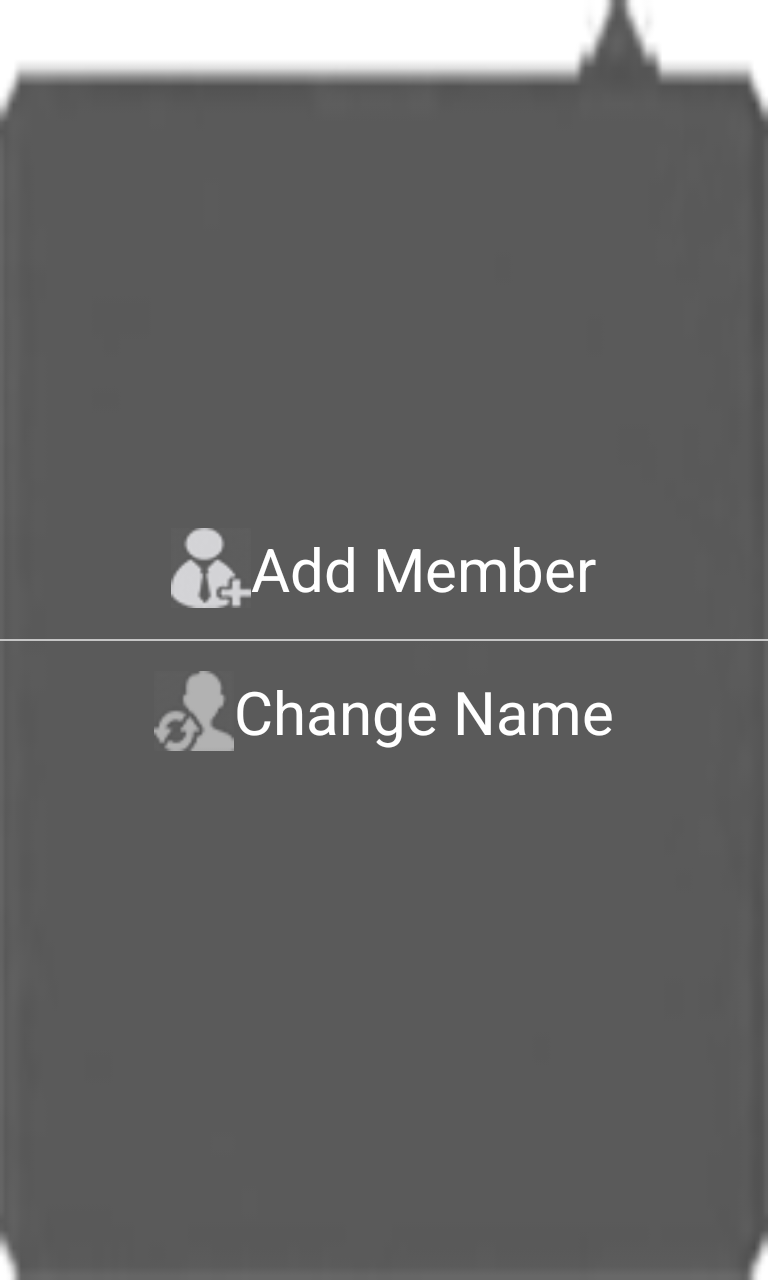
Repository: GitDidNotExitCleanly/FaceLabel
Layout: FaceLabel/res/layout/activity_group_setting_dropdown.xml
The author's editor kept a copy of each file at every save. The layout is drawn from the files as they stood at one save, then again after the next save.
It is drawn on a 768 x 1280 px phone screen (xhdpi) without system bars, with theme AppTheme; the app's code is not run.

Above is the layout before, as saved 2015-05-12 15:16:33.

After the next save:
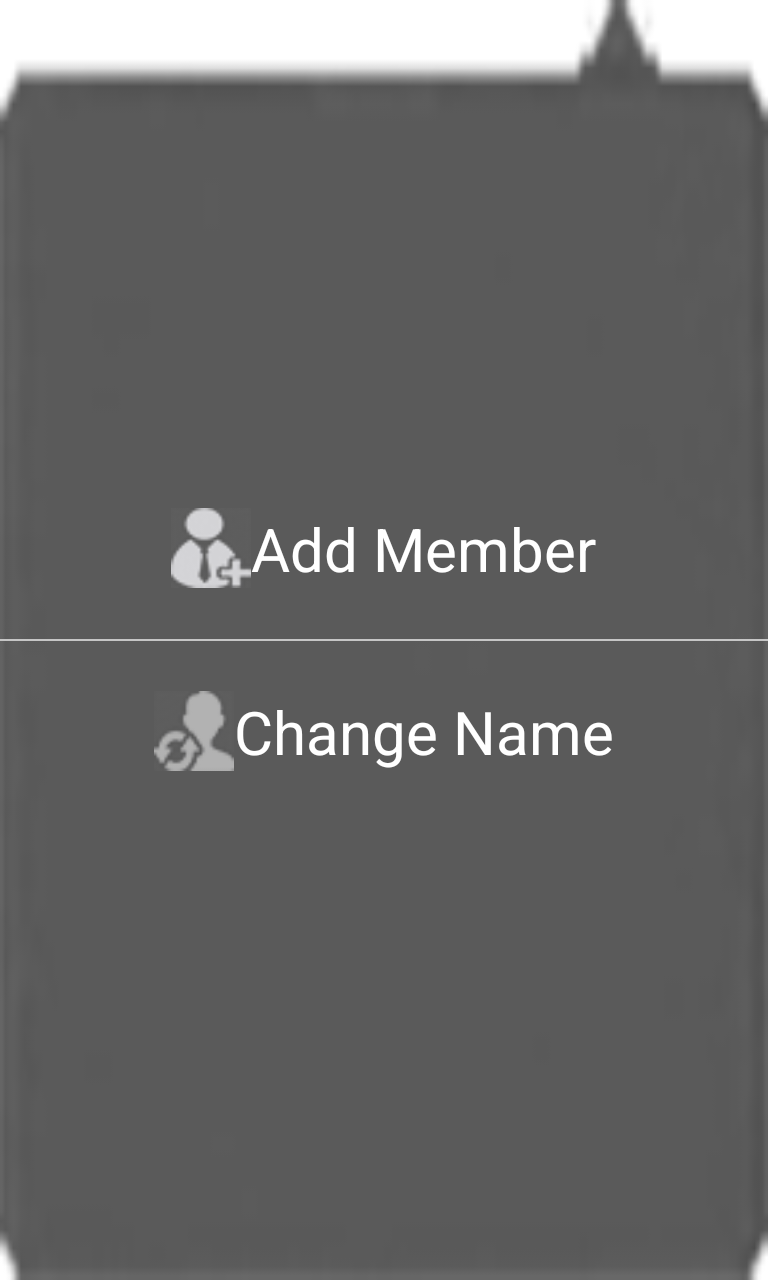
Saved 69 s later.
--- a/FaceLabel/res/layout/activity_group_setting_dropdown.xml
+++ b/FaceLabel/res/layout/activity_group_setting_dropdown.xml
@@ -11,10 +11,10 @@
         android:id="@+id/activity_group_setting_addMissingMember"
         android:layout_width="match_parent"
         android:layout_height="wrap_content"
-        android:layout_marginBottom="5dp"
+        android:layout_marginBottom="15dp"
         android:layout_marginLeft="2dp"
         android:layout_marginRight="2dp"
-        android:layout_marginTop="5dp"
+        android:layout_marginTop="15dp"
         android:gravity="center" >
 
         <ImageView
@@ -41,10 +41,10 @@
         android:id="@+id/activity_group_setting_changeName"
         android:layout_width="match_parent"
         android:layout_height="wrap_content"
-        android:layout_marginBottom="5dp"
+        android:layout_marginBottom="15dp"
         android:layout_marginLeft="2dp"
         android:layout_marginRight="2dp"
-        android:layout_marginTop="5dp"
+        android:layout_marginTop="15dp"
         android:gravity="center" >
 
         <ImageView

After the save that followed:
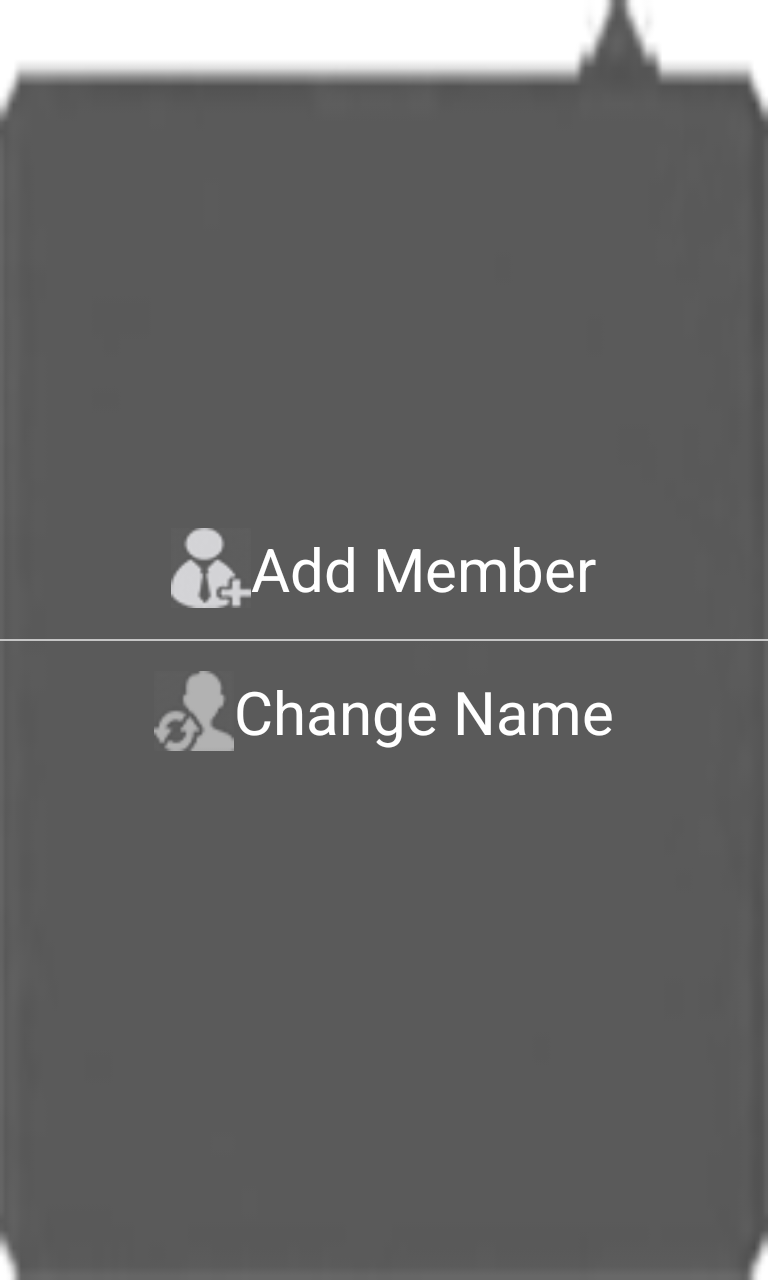
Saved 21 s later.
--- a/FaceLabel/res/layout/activity_group_setting_dropdown.xml
+++ b/FaceLabel/res/layout/activity_group_setting_dropdown.xml
@@ -33,8 +33,6 @@
     <View
 		android:layout_width="fill_parent"
 		android:layout_height="1dp"
-		android:layout_marginTop="10dp"
-		android:layout_marginBottom="10dp"
 		android:background="#C6C6C6"/>
 
     <LinearLayout
